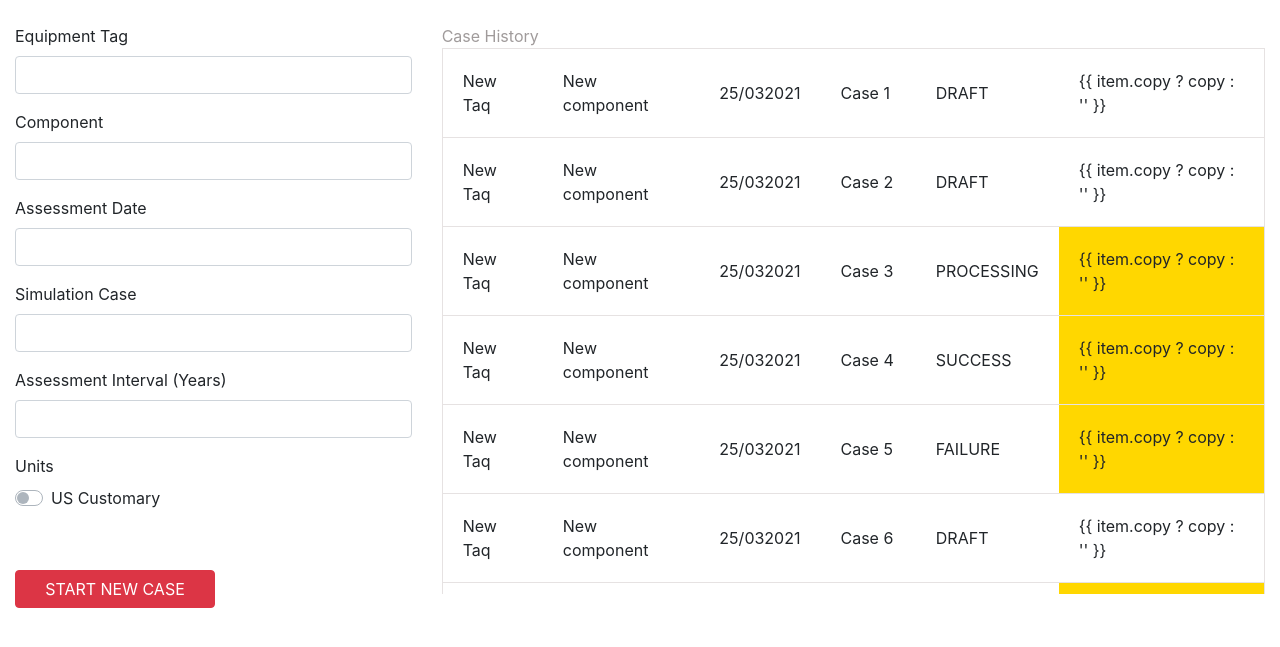
Repository: arif286/dashboard
Page: /
These files come from the project's save history. The page is drawn as it stood at one moment and after the next save; the edit follows.
The browser window is 1280 px wide. The pictures show the whole page.
An inner scrolling area shows only its first screen. The project was rebuilt for these pictures with package versions that can differ from the ones it lists, and the page was loaded fresh each time. The framework's server and built-in components were replaced by stand-ins that run in the browser. Also part of the build but not shown: nuxt.config.js, components/Nav.vue.

Above is the page before, as saved 2021-06-18 19:33:23.

### components/Form.vue
<template>
  <div>
    <form class="Assessment-input" action="">
      <div class="mb-3">
        <label for="Input1" class="form-label">Equipment Tag</label>
        <input id="Input1" type="text" class="form-control">
      </div>
      <div class="mb-3">
        <label for="Input2" class="form-label">Component</label>
        <input id="Input2" type="text" class="form-control">
      </div>
      <div class="mb-3">
        <label for="Input3" class="form-label">Assessment Date</label>
        <input id="Input3" type="text" class="form-control">
      </div>
      <div class="mb-3">
        <label for="Input4" class="form-label">Simulation Case</label>
        <input id="Input4" type="text" class="form-control">
      </div>
      <div class="mb-3">
        <label for="Input5" class="form-label">Assessment Interval (Years)</label>
        <input id="Input5" type="text" class="form-control">
      </div>
      <div>
        <label for="Input5" class="form-label">Units</label>
        <b-form-checkbox v-model="checked" name="check-button" switch>
          US Customary
        </b-form-checkbox>
      </div>
      <b-button class="submit-button" type="submit" variant="danger">
        START NEW CASE
      </b-button>
    </form>
  </div>
</template>
<script>
export default {
  data () {
    return {
      form: {
        email: '',
        name: '',
        food: null,
        checked: []
      },
      foods: [
        { text: 'Select One', value: null },
        'Carrots',
        'Beans',
        'Tomatoes',
        'Corn'
      ],
      show: true,
      checked: false
    }
  },
  methods: {
    onSubmit (event) {
      event.preventDefault()
      alert(JSON.stringify(this.form))
    }
  }
}
</script>
<style>
.submit-button {
  width: 200px;
  margin-top: 60px;
}
.Assessment-input input:focus {
  border-color: red;
  box-shadow: none;
}
</style>

### components/Table.vue
<template>
  <div class="table-contain">
    <p class="title">
      Case History
    </p>
    <table class="w-100 table-border">
      <tbody>
        <tr v-for="item in data" :key="item.id">
          <td>{{ item.equipmentTag }}</td>
          <td>{{ item.component }}</td>
          <td>{{ item.assessmentDate }}</td>
          <td>Case {{ item.case }}</td>
          <td>{{ item.status }}</td>
          <td :class="item.copy ? 'copy-btn' : ''">
            {{ item.copy ? <span>copy</span> : '' }}
          </td>
        </tr>
      </tbody>
    </table>
  </div>
</template>

<script>
export default {
  props: {
    data: {
      type: Array,
      required: true
    }
  }
}
</script>
<style scoped>

.table-border tr{
 border: 1px solid #e6e2e2;
}
.table-border td{
  padding: 20px;
}
.title{
  margin-bottom: 0px;
  color: #a09b9b;
}
.table-contain {
  height: 570px;
  overflow-y: scroll;
}
.copy-btn{
  background-color: gold;
}
</style>

### pages/index.vue
<template>
  <div class="container">
    <div class="row mt-4">
      <div class="col-4">
        <Form />
      </div>
      <div class="col-8">
        <Table :data="dashboardData" />
      </div>
    </div>
  </div>
</template>

<script>
import { dashboardData } from '@/assets/dashboard.js'
// eslint-disable-next-line semi
export default {
  data () {
    return { dashboardData }
  }
}
</script>

<style>
.container {
  max-width: 1760px;
}
</style>

### assets/dashboard.js
export const dashboardData = [
  {
    id: 1,
    equipmentTag: 'New Taq',
    component: 'New component',
    assessmentDate: '25/032021',
    case: 1,
    status: 'DRAFT'
  },
  {
    id: 2,
    equipmentTag: 'New Taq',
    component: 'New component',
    assessmentDate: '25/032021',
    case: 2,
    status: 'DRAFT'
  },
  {
    id: 3,
    equipmentTag: 'New Taq',
    component: 'New component',
    assessmentDate: '25/032021',
    case: 3,
    status: 'PROCESSING',
    copy: true
  },
  {
    id: 4,
    equipmentTag: 'New Taq',
    component: 'New component',
    assessmentDate: '25/032021',
    case: 4,
    status: 'SUCCESS',
    copy: true
  },
  {
    id: 5,
    equipmentTag: 'New Taq',
    component: 'New component',
    assessmentDate: '25/032021',
    case: 5,
    status: 'FAILURE',
    copy: true
  },
  {
    id: 6,
    equipmentTag: 'New Taq',
    component: 'New component',
    assessmentDate: '25/032021',
    case: 6,
    status: 'DRAFT'
  },
  {
    id: 7,
    equipmentTag: 'New Taq',
    component: 'New component',
    assessmentDate: '25/032021',
    case: 7,
    status: 'SUCCESS',
    copy: true
  },
  {
    id: 8,
    equipmentTag: 'New Taq',
    component: 'New component',
    assessmentDate: '25/032021',
    case: 8,
    status: 'DRAFT'
  },
  {
    id: 9,
    equipmentTag: 'New Taq',
    component: 'New component',
    assessmentDate: '25/032021',
    case: 9,
    status: 'DRAFT'
  },
  {
    id: 10,
    equipmentTag: 'New Taq',
    component: 'New component',
    assessmentDate: '25/032021',
    case: 10,
    status: 'DRAFT'
  }
]

Loaded but not shown: layouts/default.vue (common file)

After the next save:
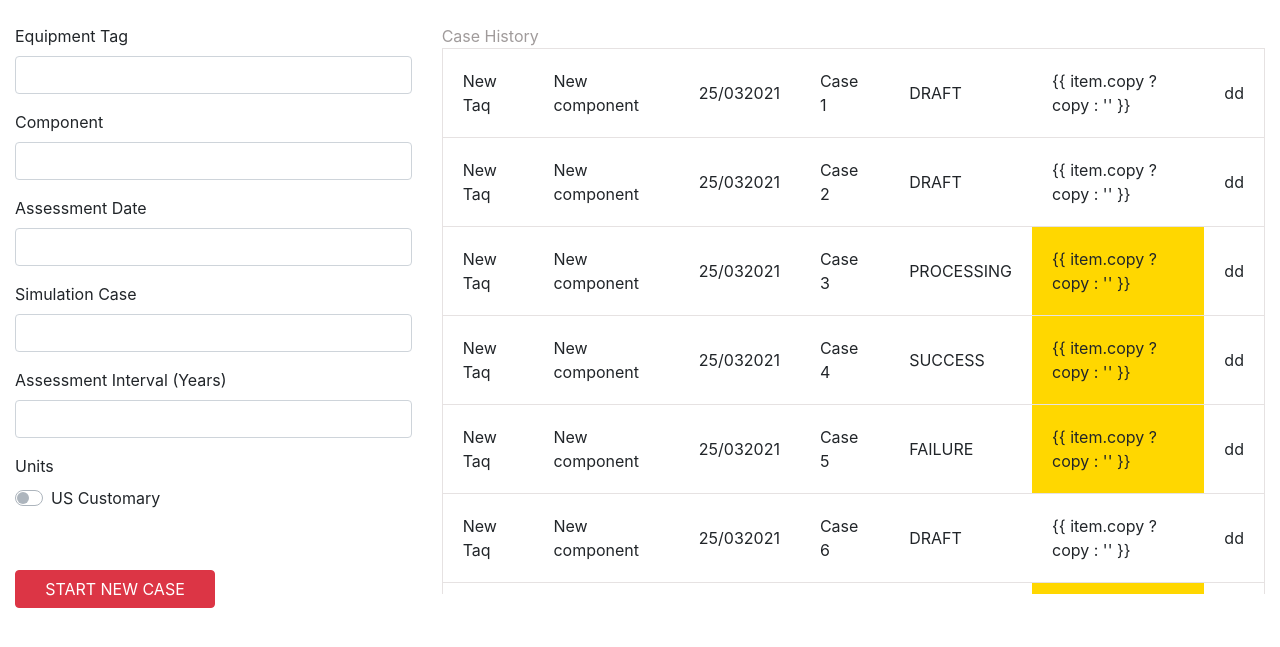
Saved 34 s later.
--- a/components/Table.vue
+++ b/components/Table.vue
@@ -14,6 +14,7 @@
           <td :class="item.copy ? 'copy-btn' : ''">
             {{ item.copy ? <span>copy</span> : '' }}
           </td>
+          <td><span>dd</span></td>
         </tr>
       </tbody>
     </table>

After the save that followed:
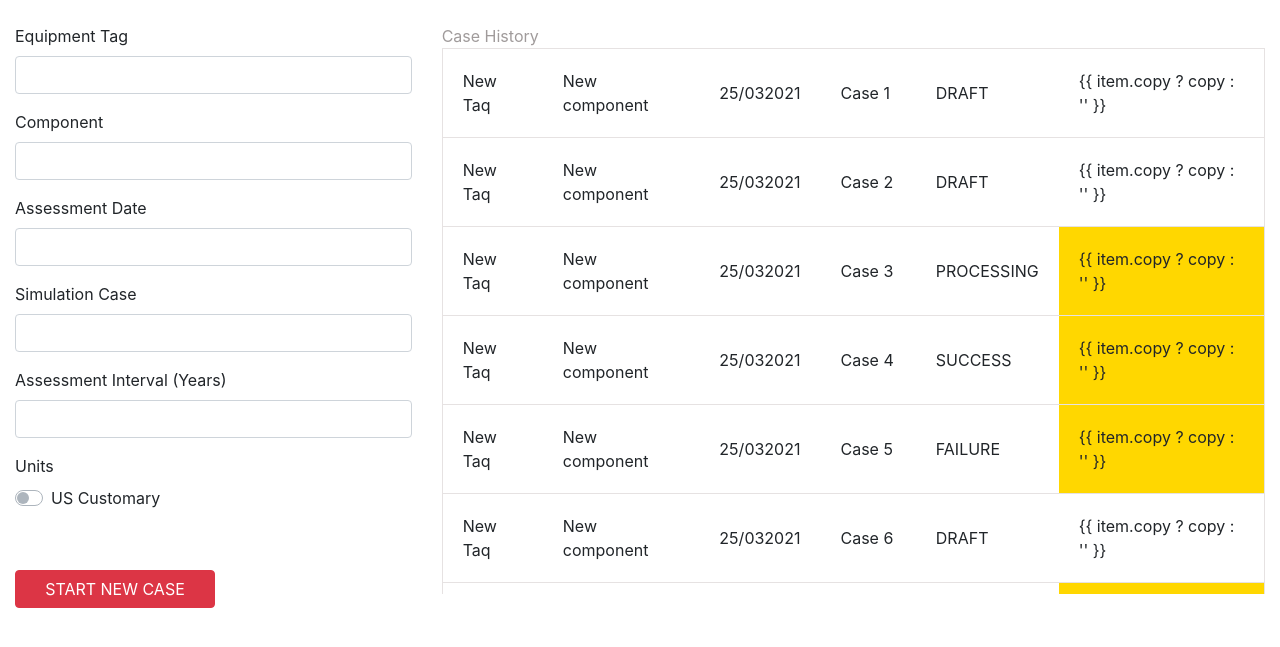
Saved 38 s later.
--- a/components/Table.vue
+++ b/components/Table.vue
@@ -14,7 +14,6 @@
           <td :class="item.copy ? 'copy-btn' : ''">
             {{ item.copy ? <span>copy</span> : '' }}
           </td>
-          <td><span>dd</span></td>
         </tr>
       </tbody>
     </table>
